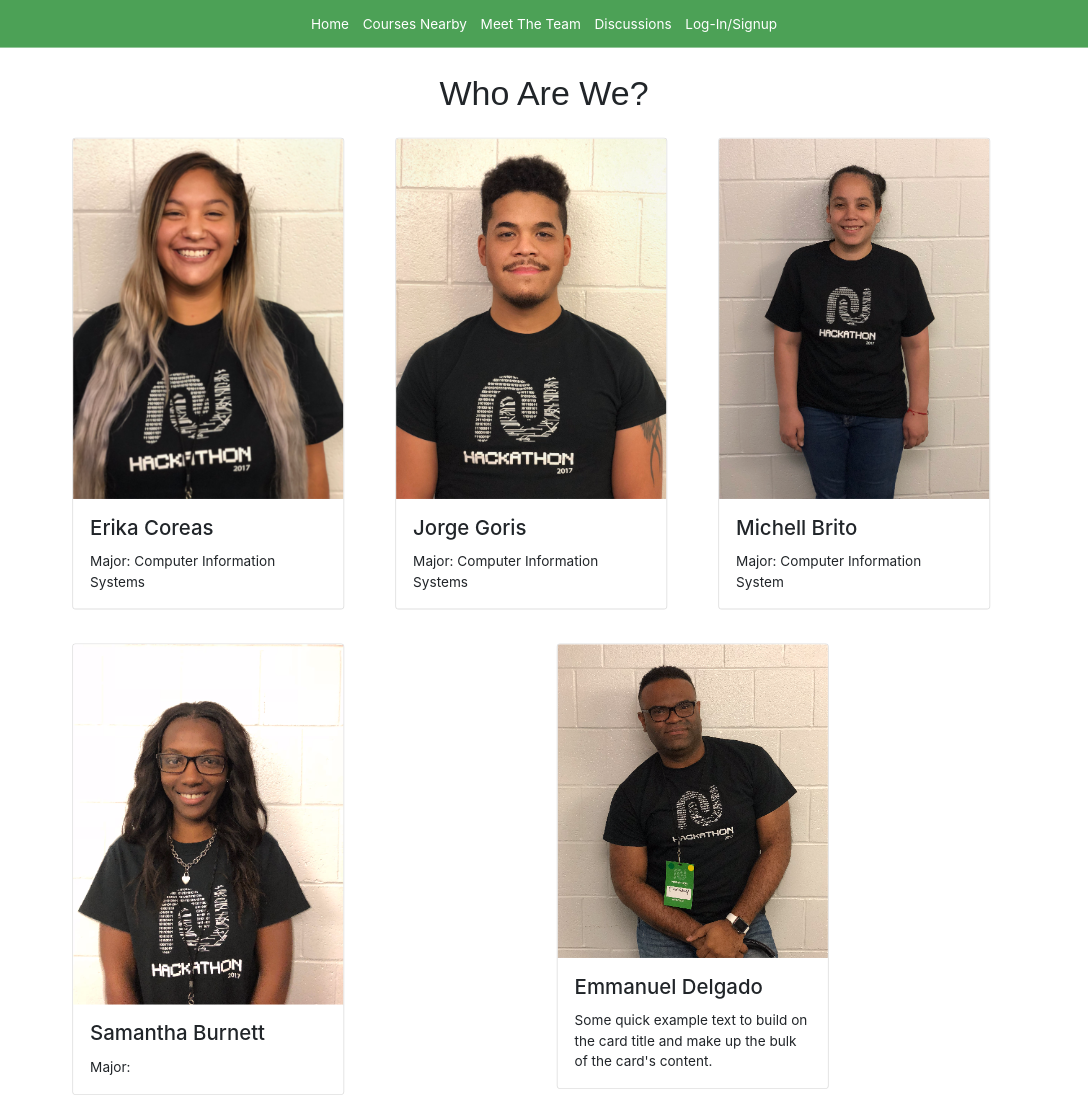
Repository: SamanthaBurnett/Hackathon2017
Page: meet_the_team.html
The author's editor kept a record of every edit. The page is drawn from the files as they stood at one moment, then again after the next edit.
The browser window is 1280 px wide. The pictures show the whole page, at 85% of full size.
Some web fonts or font styles are not loaded; a fallback is used.

Above is the page before.

After the next edit:
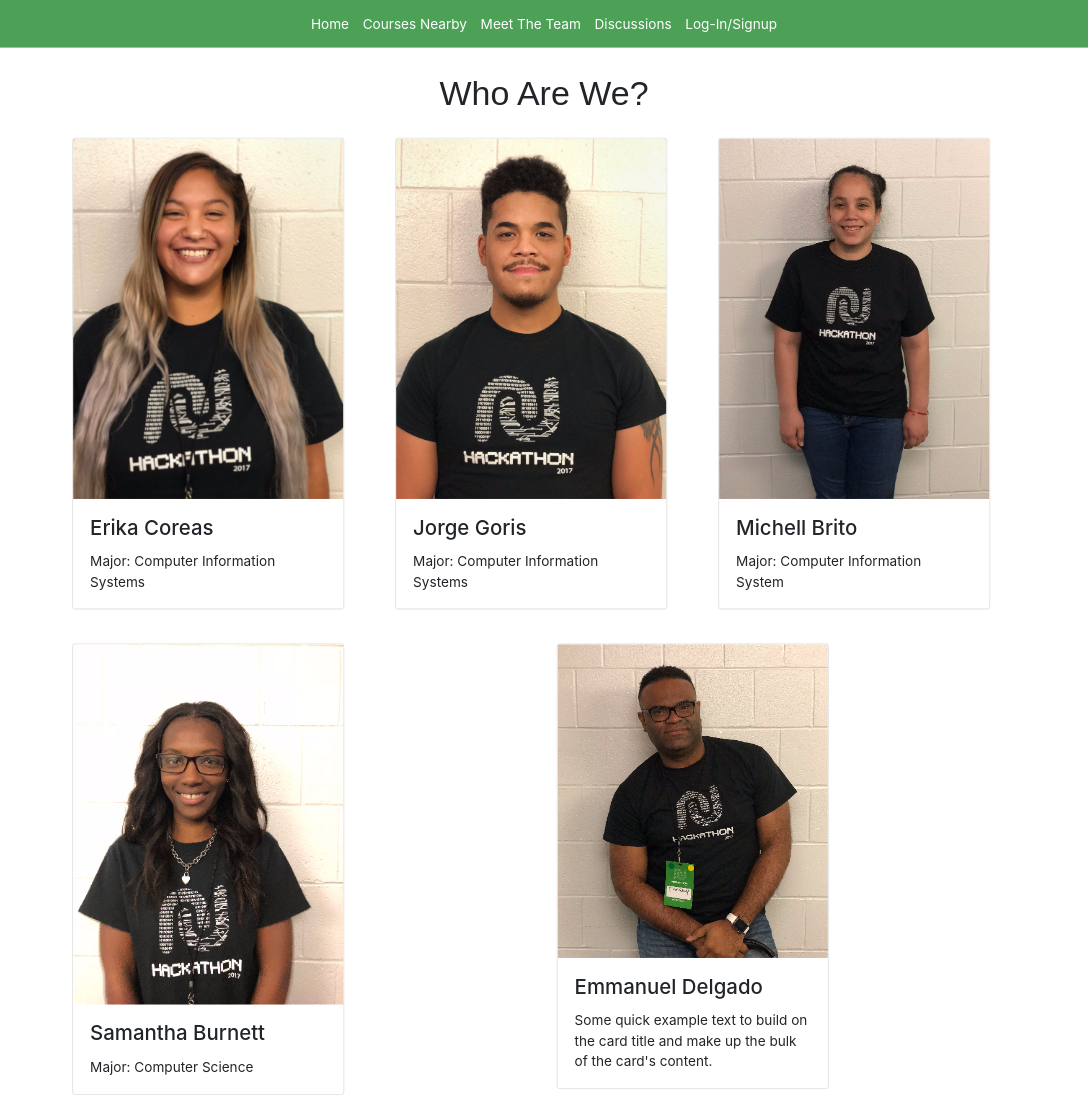
The edit:
--- a/meet_the_team.html
+++ b/meet_the_team.html
@@ -71,7 +71,7 @@
             <img class="card-img-top" src="assets/images/samantha.jpg" alt="Samantha Image">
             <div class="card-body">
               <h4 class="card-title">Samantha Burnett</h4>
-              <p class="card-text">Major: </p>
+              <p class="card-text">Major: Computer Science </p>
             </div><!--end card-body-->
           </div><!--end card-->
          </div><!--end col-->
